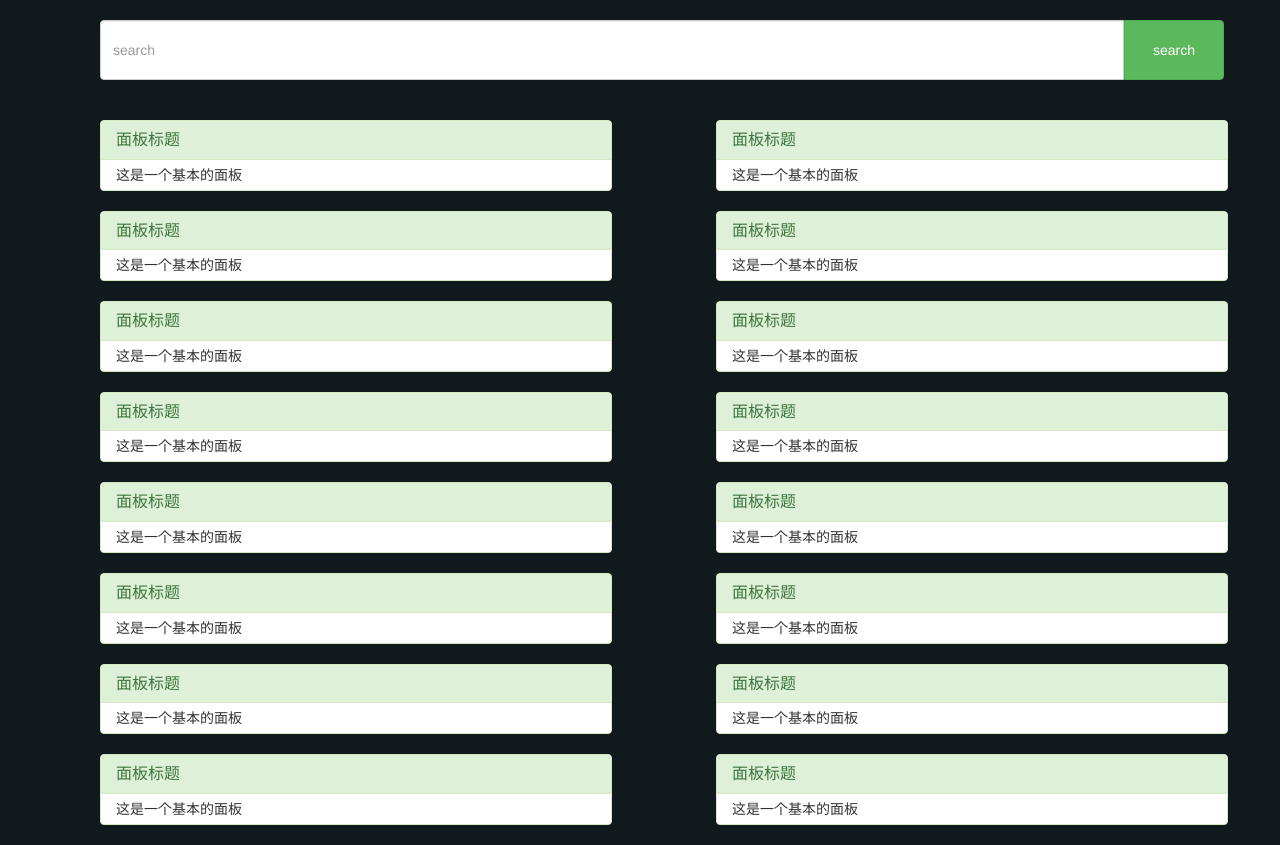
Repository: Tuzijing/Battlefield
Page: http://localhost/static/views/fram/fram.php
These files come from the project's save history. The page is drawn as it stood at one moment and after the next save; the edit follows.
The browser window is 1280 px wide. The pictures show the whole page.
The page is run by PHP 8.4 with error messages shown; the project is at /var/www/html/.

Above is the page before, as saved 2018-07-15 15:56:26.

After the next save:
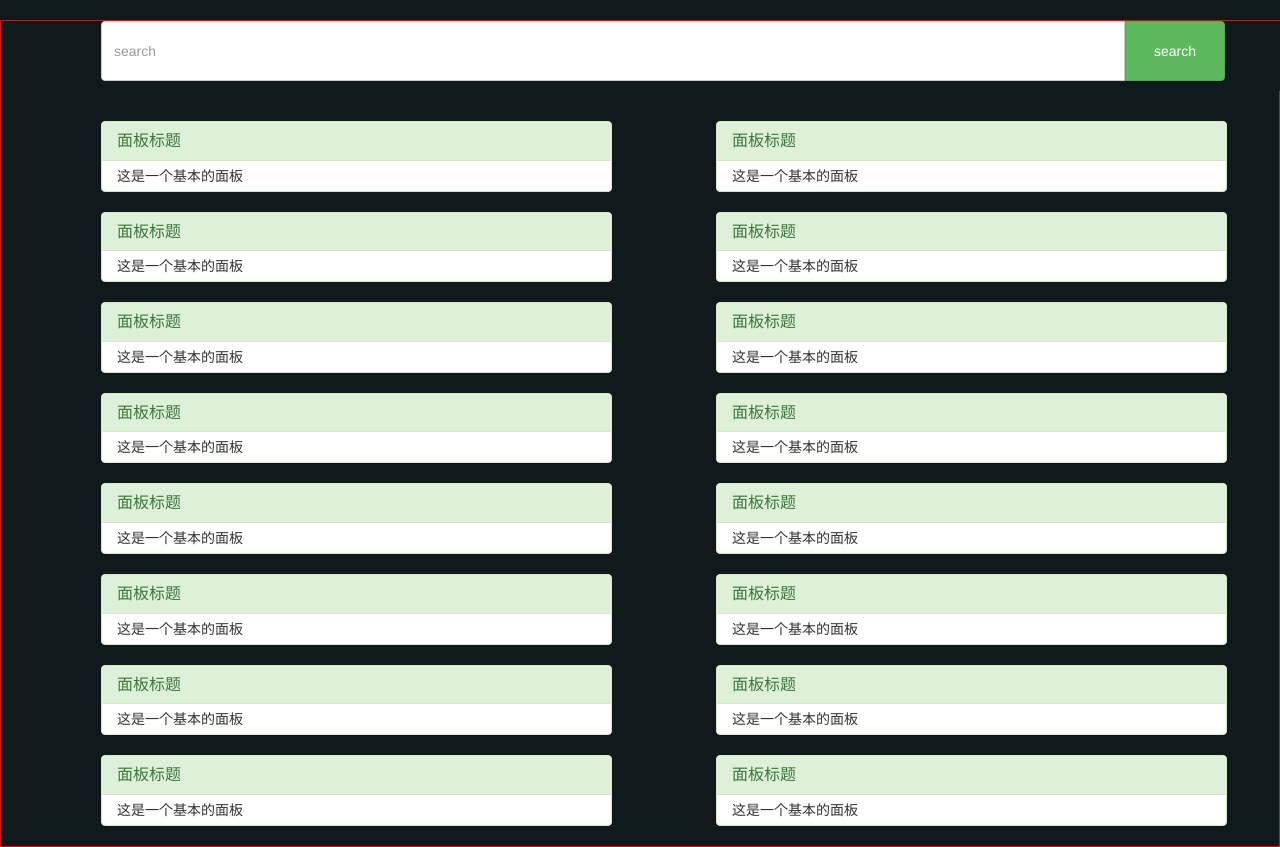
Saved 53 s later.
--- a/BattlefieldWebP/static/common/css/fram/fram.css
+++ b/BattlefieldWebP/static/common/css/fram/fram.css
@@ -14,6 +14,7 @@
 	height: 100%;
 	line-height: 0px;
 	z-index: 1000;
+	border: 1px solid red
 }
 
 /*搜索框*/
